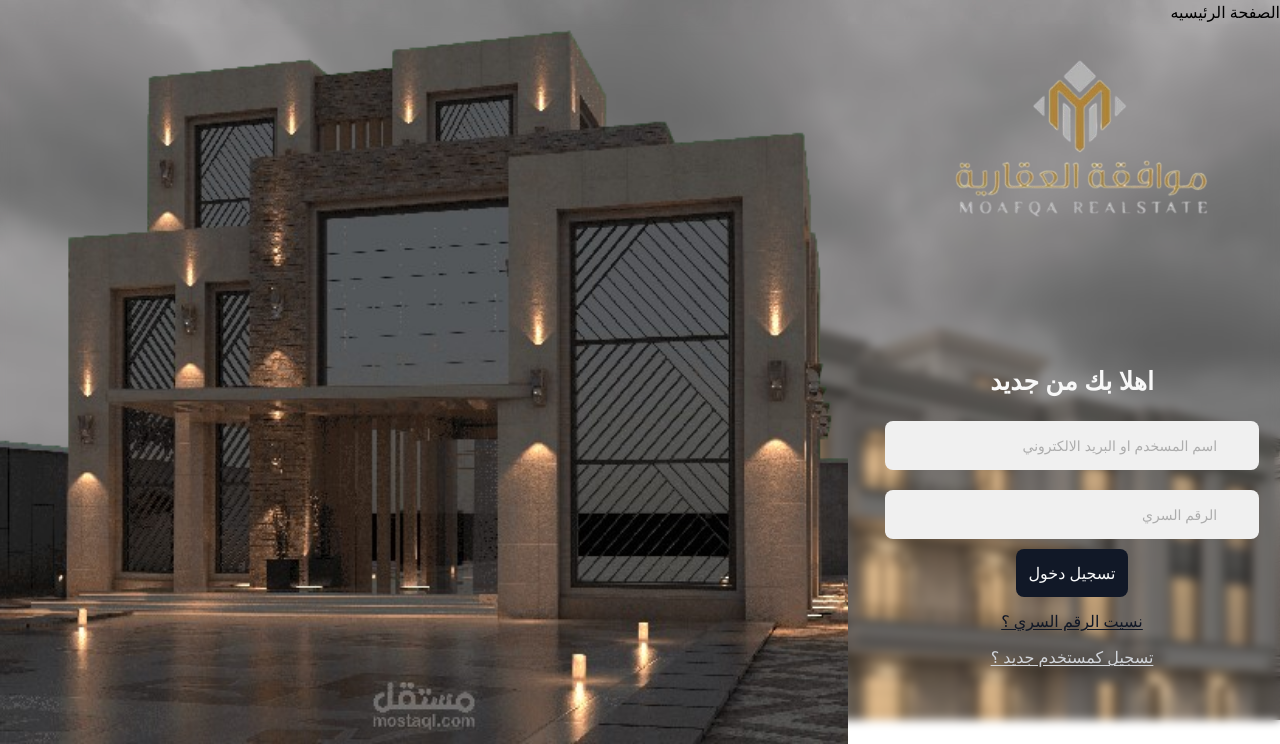
Repository: EslamKhial1997/immovables
Page: /auth
The author's editor kept a copy of each file at every save. The page is drawn from the files as they stood at one save, then again after a run of saves.
The browser window is 1280 px wide. The pictures show the whole page.
Some web libraries are served in a nearby version. The project was rebuilt for these pictures with package versions that can differ from the ones it lists, and the page was loaded fresh each time. Also part of the build but not shown: vite.config.js, src/Components/layout/Navbar.jsx, src/Components/contents/OurProjects.jsx, src/Components/contents/OurAchievements.jsx, src/Components/layout/Footer.jsx, src/Components/contents/home/Slider.jsx, src/Components/contents/home/Blogs.jsx, src/App.jsx and 6 more.

Above is the page before, as saved 2024-07-27 00:29:50.

### index.html
<!doctype html>
<html lang="ar" dir="rtl">
  <head>
    <meta charset="UTF-8" />
    <link rel="icon" type="image/svg+xml" href="./src/assets/logo.png" />
    <meta name="viewport" content="width=device-width, initial-scale=1.0" />
    <link rel="stylesheet" href="https://cdnjs.cloudflare.com/ajax/libs/font-awesome/5.14.0/css/all.css" integrity="sha512-B46MVOJpI6RBsdcU307elYeStF2JKT87SsHZfRSkjVi4/iZ3912zXi45X5/CBr/GbCyLx6M1GQtTKYRd52Jxgw==" crossorigin="anonymous" referrerpolicy="no-referrer" />
    <!-- <script src="https://cdn.tailwindcss.com"></script> -->

    <title>الموافقة العقارية</title>
  </head>
  <body>
    <div id="root"></div>
    <script type="module" src="/src/main.jsx"></script>
  </body>
</html>

### src/main.jsx
import React from "react";
import ReactDOM from "react-dom/client";
import App from "./App.jsx";
import "./index.css";
import { Provider } from "react-redux";

import { createBrowserRouter, RouterProvider } from "react-router-dom";
import { ConfigStore } from "./Components/store/config.jsx";
import Blogs from "./Components/contents/home/Blogs.jsx";
import OurProjects from "./Components/contents/OurProjects.jsx";
import About from "./Components/contents/About/About.jsx";
import ConnectUs from "./Components/contents/ConnectUs/ConnectUs.jsx";
import Auth from "./Components/auth/Auth.jsx";
import Login from "./Components/auth/login/Login.jsx";
import Signup from "./Components/auth/Singup/Signup.jsx";
import Blog from "./Components/contents/Blogs/Blog.jsx";
import 'flowbite';
import Dashboard from "./Components/dashboard/Dashboard.jsx";
const Route = createBrowserRouter([
  {
    path: "/",
    element: <App />,
    children: [
      {
        index: true,
        element: <Blogs />,
      },
      {
        path: "/projects",
        element: <OurProjects />,
      },
      {
        path: "/blogs",
        element: <Blog />,
      },
      {
        path: "/about",
        element: <About />,
      },
      {
        path: "/connectUs",
        element: <ConnectUs />,
      },

      // {
      //   path: "/auth/login",
      //   element: <Login />,
      // },
    ],
  },
  {
    path: "/auth",
    element: <Auth />,
    children: [
      {
        index: true,
        element: <Login />,
      },
      // {
      //   path: "/auth/signup",
      //   element: <Signup />,
      // },
    ],
  },
  {
    path: "/dashboard",
    element: <Dashboard />,
    // children: [
    //   {
    //     index: true,
    //     element: <Login />,
    //   },
    //   // {
    //   //   path: "/auth/signup",
    //   //   element: <Signup />,
    //   // },
    // ],
  },
]);

const root = ReactDOM.createRoot(document.getElementById("root"));
root.render(
  <Provider store={ConfigStore}>
    {/* <Provider store={ConfigStore}> */} <RouterProvider router={Route} />
  </Provider>
);

### src/index.css
@tailwind base;
@tailwind components;
@tailwind utilities;
* {
  font-family: GE-Dinar-Medium, ui-sans-serif, system-ui, -apple-system,
    BlinkMacSystemFont, Segoe UI, Roboto, Helvetica Neue, Arial, Noto Sans,
    sans-serif, "Apple Color Emoji", "Segoe UI Emoji", Segoe UI Symbol,
    "Noto Color Emoji" !important;
}
.whatsapp-ico{
    fill: white;
    width: 50px;
    height: 50px;
    padding: 3px;
    background-color: #45d13d;
    border-radius: 50%;
    box-shadow: 2px 2px 6px rgba(0,0,0,0.4);
    /* box-shadow: 2px 2px 11px rgba(0,0,0,0.7); */
    /* position: fixed;
    bottom: 20px;
    right : 20px;
    z-index: 10; */
}

.whatsapp-ico:hover{
    box-shadow: 2px 2px 11px rgba(0,0,0,0.7);
}

.float-button {
    text-decoration: none;
    position: fixed;
    padding: 10px;
    padding-right: 15px;
    bottom: 30px;
    right: 30px;
    color: #fff;
    background-color:#25D366;
    border-radius: 25px 30px 5px 25px;
    z-index: 100;
    font-family: Arial;
    font-size: 17px;
    animation: whatsapp-animation 0.5s ease-in-out;
    box-shadow: 1px 2px 5px 2px rgba(30,30,30,0.3);
    transition:all 0.3s ease-out;
}

.float-button:hover {
     background-color: #128C7E;
      color: #fff;
}

.fa-whatsapp {
    font-size: 20px !important;
    padding-right: 5px;
    padding-left: 5px;
}

@keyframes whatsapp-animation {
    from {
        opacity: 0%;
    }

    to {
        opacity: 100%
    }
}

@media screen and (max-width: 545px) {
    span {
        display: none;
    }

    .float-button {
        bottom: 15px;
        right: 15px;
        width: 20px;
        border-radius: 20px 20px 5px 20px;
    }

    .fa-whatsapp {
        font-size: 22px !important;
        padding: 4px;
    }
}

### src/Components/store/config.jsx
import { configureStore } from "@reduxjs/toolkit";
import { StoreSlice } from "./store";
import { StoreSliceAuth } from "./authController";
import { StoreSliceUserLogged } from "./loggedUserController";
import { StoreSliceUser } from "./userController";

export const ConfigStore = configureStore({
  reducer: {
    // StoreSlice,
    // StoreSliceAuth,
    // StoreSliceUser,
    // StoreSliceUserLogged
  },
  middleware: (getDefaultMiddleware) =>
    getDefaultMiddleware({
      serializableCheck: false,
    }),
});

### src/Components/auth/Auth.jsx
import React from "react";
import { Outlet } from "react-router-dom";
import background from "../../assets/available/image3.jpg";
const Auth = () => {
  return (
    <div
      style={{
        backgroundImage: `url(${background})`,
        height: "100vh",
        backgroundRepeat: "no-repeat",
      }}
    >
       <button>الصفحة الرئيسيه</button>
      <Outlet />
    </div>
  );
};

export default Auth;

### src/Components/auth/login/Login.jsx


import Profile from "../../../assets/auth/logo.png";
import auth from "../../../assets/auth/auth.png";
import Styles from "../Styles.module.css";


import LoginEmail from "./LoginEmail";

const Login = () => {
  return (
    <main className={`${Styles.main} grid md:grid-cols-3 grid-cols-1 gap-4`}>

      <div className="grid grid-cols-1 ">
        {" "}
        <section className={Styles.sectionimg}>
          <img src={Profile} alt="img" />
        </section>
        <section className={Styles.sectionlogin}>
          <div className={Styles.parent}>
            <span className={Styles.started}>اهلا بك من جديد</span>

            <LoginEmail />
          </div>
        </section>
      </div>
      <div className=" col-span-2 hidden md:grid">
        <img src={auth} alt="" className="h-screen w-screen" />
      </div>
    </main>
  );
};

export default Login;

### src/Components/contents/home/carousel.css
.carousel {
  position: relative;
  text-align: center;
  box-sizing: border-box;
}

.carousel * {
  box-sizing: border-box;
}

.carousel__track {
  display: flex;
  margin: 0;
  padding: 0;
  position: relative;
}

.carousel__viewport {
  overflow: hidden;
}

.carousel__sr-only {
  position: absolute;
  width: 1px;
  height: 1px;
  padding: 0;
  margin: -1px;
  overflow: hidden;
  clip: rect(0, 0, 0, 0);
  border: 0;
}

.carousel__icon {
  width: var(--vc-icn-width);
  height: var(--vc-icn-width);
  fill: currentColor;
}

.carousel__slide {
  scroll-snap-stop: auto;
  flex-shrink: 0;
  margin: 0;
  position: relative;
  display: flex;
  justify-content: center;
  align-items: center;
  transform: translateZ(0);
}

:root {
  --vc-clr-primary: #000;
  --vc-clr-secondary: #090f207f;
  --vc-clr-white: #ffffff;
  --vc-icn-width: 1.2em;
  --vc-nav-width: 30px;
  --vc-nav-height: 30px;
  --vc-nav-border-radius: 0;
  --vc-nav-color: var(--vc-clr-primary);
  --vc-nav-color-hover: var(--vc-clr-secondary);
  --vc-nav-background: transparent;
  --vc-pgn-width: 12px;
  --vc-pgn-height: 4px;
  --vc-pgn-margin: 4px;
  --vc-pgn-border-radius: 0;
  --vc-pgn-background-color: var(--vc-clr-secondary);
  --vc-pgn-active-color: var(--vc-clr-primary);
}

.carousel__prev,
.carousel__next {
  box-sizing: content-box;
  background: var(--vc-nav-background);
  border-radius: var(--vc-nav-border-radius);
  width: var(--vc-nav-width);
  height: var(--vc-nav-height);
  text-align: center;
  font-size: var(--vc-nav-height);
  padding: 0;
  color: var(--vc-nav-color);
  display: flex;
  justify-content: center;
  align-items: center;
  position: absolute;
  border: 0;
  cursor: pointer;
  margin: 0 10px;
  top: 50%;
  transform: translateY(-50%);
}

.carousel__prev:hover,
.carousel__next:hover {
  color: var(--vc-nav-color-hover);
}

.carousel__next--disabled,
.carousel__prev--disabled {
  cursor: not-allowed;
  opacity: 0.5;
}

.carousel__prev {
  left: 0;
}

.carousel__next {
  right: 0;
}

.carousel--rtl .carousel__prev {
  left: auto;
  right: 0;
}

.carousel--rtl .carousel__next {
  right: auto;
  left: 0;
}

.carousel__pagination {
  display: flex;
  justify-content: center;
  list-style: none;
  line-height: 0;
  margin: 10px 0 0;
}

.carousel__pagination-button {
  display: block;
  border: 0;
  margin: 0;
  cursor: pointer;
  padding: var(--vc-pgn-margin);
  background: transparent;
}

.carousel__pagination-button:after {
  display: block;
  content: "";
  width: var(--vc-pgn-width);
  height: var(--vc-pgn-height);
  border-radius: var(--vc-pgn-border-radius);
  background-color: var(--vc-pgn-background-color);
}

.carousel__pagination-button:hover:after,
.carousel__pagination-button--active:after {
  background-color: var(--vc-pgn-active-color);
}

### src/Components/auth/Styles.module.css
:root {
  --white: #ffffff;
  --login-color: #f8f8f8;
}
.main {


  height: 100%;

  background-color: transparent;
  backdrop-filter: blur(5px);
}
.started,
.forget-password,
.login,
.form::placeholder,
.login-btn button,
.Continue span {
  font-family: "Inter";
  font-style: normal;
}
.sectionlogin {
  width: 100%;
}
.parent {
  border-radius: 15px 15px 0px 0px;
}

.sectionimg img {
  width: 75%;
  height: 75%;
  margin: auto;
}
.btnparent {
  width: 326px;
  height: 40px;
  background: var(--login-color);
  border-radius: 25px;
  display: flex;
  align-items: center;
  justify-content: center;
  margin: 30px auto !important;
}
.login {
  width: 50%;
  height: 40px;
  text-align: center;
  display: flex;
  justify-content: center;
  align-items: center;
  border-radius: 23.5px;
  border: none;
  font-size: 14px;
  font-weight: 600;
  color: black;
}
.parentReg {
  width: 90%;
  height: 40px;
  background: var(--login-color);
  border-radius: 8px;
  display: flex;
  align-items: center;
  justify-content: space-around;
  margin: auto !important;
}
.parentReg a {
  background-color: #63ccfb;
  padding: 10px;
  text-decoration: none;
  border-radius: 10px;
  -webkit-border-radius: 10px;
  -moz-border-radius: 10px;
  -ms-border-radius: 10px;
  -o-border-radius: 10px;
  color: white;
}
.active {
  background: linear-gradient(95.26deg, #63ccfb -1.79%, #00a2f4 78.59%);
  color: white;
}
.started {
  width: 100%;
  height: 40px;
 color: #f8f8f8;
  font-size: 25px;
  line-height: 21px;
  margin: 10px auto !important;
  display: flex;
  align-items: center;
  text-align: center;
  justify-content: center;
  font-weight: bolder;
}
.form {
  width: 90%;
  height: 49px;
  margin: 10px auto !important;
  background: #f0f0f0;
  border-radius: 8px;
  border: none;
  padding-left: 10px;
}
.form::placeholder {
  padding: 30px;
  font-weight: 400;
  font-size: 14px;
  display: flex;
  align-items: center;

  color: #adadad;
}
.code {
  width: 70%;
  height: 49px;
  margin: 10px 0px !important;
  background: #f0f0f0;
  border-radius: 8px;
  border: none;
  padding-left: 10px;
}
.code::placeholder {
  padding: 30px;
  font-weight: 400;
  font-size: 14px;
  display: flex;
  align-items: center;

  color: #adadad;
}

.InputCode {
  display: flex;
  align-items: center;
  justify-content: center;
}
.submitcode {
  height: 49px;
  width: 20%;
  border-radius: 8px;
  background: linear-gradient(95.26deg, #63ccfb -1.79%, #00a2f4 78.59%);
  color: white;
  border: 0;
  font-size: 12.5px;
  -webkit-appearance: none;
}
.pusodo {
  text-align: center;
  position: relative;
}
.pusodo svg {
  position: absolute;
  right: 10%;
  top: 37.5%;
  cursor: pointer;
}

.loginbtn a {
  width: 308px;
  height: 47px;
  display: flex;
  align-items: center;
  justify-content: center;
  background: linear-gradient(96.38deg, #63ccfb -8.79%, #00a2f4 86.42%);
  border-radius: 23.5px;
  font-weight: 600;
  font-size: 14px;
  border: none;
  margin: auto;
  color: var(--white) !important;
  cursor: pointer;
}
.forgetpassword {
  display: block;
  margin: 10px auto !important;
  font-weight: 400;
  font-size: 13px;
  text-align: center;
  color: #0085ff;
  text-decoration: none;
}
.Continue,
footer {
  margin: auto !important;
  text-align: center;
}
.Continue span {
  display: block;
  padding: 15px;
  text-align: center;
  font-weight: 400;
  font-size: 13px;

  color: #494949;
}
.footerdiv {
  display: flex;
  justify-content: space-around;
  text-align: center;
  height: 100%;
}
.footerdiv div {
  border-radius: 5px;
  margin: 10px auto;
}
.footerdiv div img {
  width: 23px;
  height: 25px;
  cursor: pointer;
  text-align: center;
}
.Alert {
  width: 90%;
  margin: 0px auto 10px !important;
}

### src/Components/auth/login/LoginEmail.jsx
import React, { useState } from "react";
import Styles from "../Styles.module.css";
// import { IoEyeSharp } from "react-icons/io5";

import { useNavigate, NavLink } from "react-router-dom";

import facebook from "../../../assets/auth/facebook.svg";
import gmail from "../../../assets/auth/gmail.png";
import apple from "../../../assets/auth/apple.svg";

import Cookies from "cookies-js";
import { useDispatch, useSelector } from "react-redux";
import { login } from "../../store/authController";

const LoginEmail = () => {
  const [ShowPassword, setShowPassword] = useState(true);
  const dispatch = useDispatch();
  const navigate = useNavigate();
  // const {data} = useSelector((state)=>state.StoreSliceAuth);

  const [user, setUser] = useState({
    email: "",
    password: "",
  });
  const { email, password } = user;
  const handleChange = (e) => {
    const { name, value } = e.target;
    setUser({
      ...user,
      [name]: value,
    });
  };

  const Login = async (e) => {
    e.preventDefault();
    // await dispatch(login(user)).then(function (response) {
    //   const token =response.payload.data.token
    //   if (token) {

    //     Cookies.set('token', token);
    //     navigate("/")
    //   }
    //     // Cookies.set('userID', response.data._id);

    //   })
  };
  //   useEffect(() => {
  //     if (token === null || token === "undefined") {
  //      return
  //     }else{
  // navigate("/")
  //     }
  //   }, [token]);
  //   const TogglePassword = () => {
  //     setShowPassword(!ShowPassword);
  //   };
  return (
    <form onSubmit={Login} className={Styles.pusodo}>
      <input
        className={Styles.form}
        type="text"
        placeholder="اسم المسخدم او البريد الالكتروني"
        aria-label="default input example"
        name="email"
        value={email}
        onChange={handleChange}
      />
      <div className={Styles.pusodo}>
        <input
          className={Styles.form}
          type={ShowPassword ? "password" : "text"}
          placeholder="الرقم السري"
          aria-label="default input example"
          name="password"
          value={password}
          onChange={handleChange}
        />
        <a onClick={() => {}} />
      </div>

      <div className={` d-flex justify-content-center`}>
        <button
          type="submit"
          className="bg-gray-900 p-3 rounded-lg text-gray-50"
          onClick={()=>{navigate("/dashboard")}}
        >
          تسجيل دخول
        </button>
      </div>
      <NavLink to={"/auth"} className="text-gray-900 m-3 underline  underline-offset-2 block	"> نسيت الرقم السري ؟</NavLink>
      <NavLink to={"/auth/signup"} className="text-gray-300 m-3 underline  underline-offset-2	"> تسجيل كمستخدم جديد ؟</NavLink>
      {/* <footer>
        <div className="Continue text-center">
          <span>Or Continue with</span>
        </div>
        <div
          className={`${Styles.footerdiv} container  d-flex justify-content-between col-xxl-12`}
        >
          <div className="d-flex justify-content-center align-items-center">
            <img src={facebook} alt="" />
          </div>
          <div className="d-flex justify-content-center align-items-center">
            <img src={apple} alt="" />
          </div>

          <div className="d-flex justify-content-center align-items-center">
            <a
              href="http://localhost:3000/auth/google/callback"
              target="_blank"
            >
              {" "}
              <img src={gmail} alt="" />
            </a>
          </div>
        </div>
      </footer> */}
    </form>
  );
};

export default LoginEmail;

Loaded but not shown: src/App.css (common file); src/Components/store/authController.js (264 lines, source omitted); src/Components/store/loggedUserController.js (262 lines, source omitted); src/Components/store/userController.js (237 lines, source omitted); tailwind.config.js (14 lines, source omitted); src/Components/store/store.jsx (297 lines, source omitted)

After the next 2 saves:
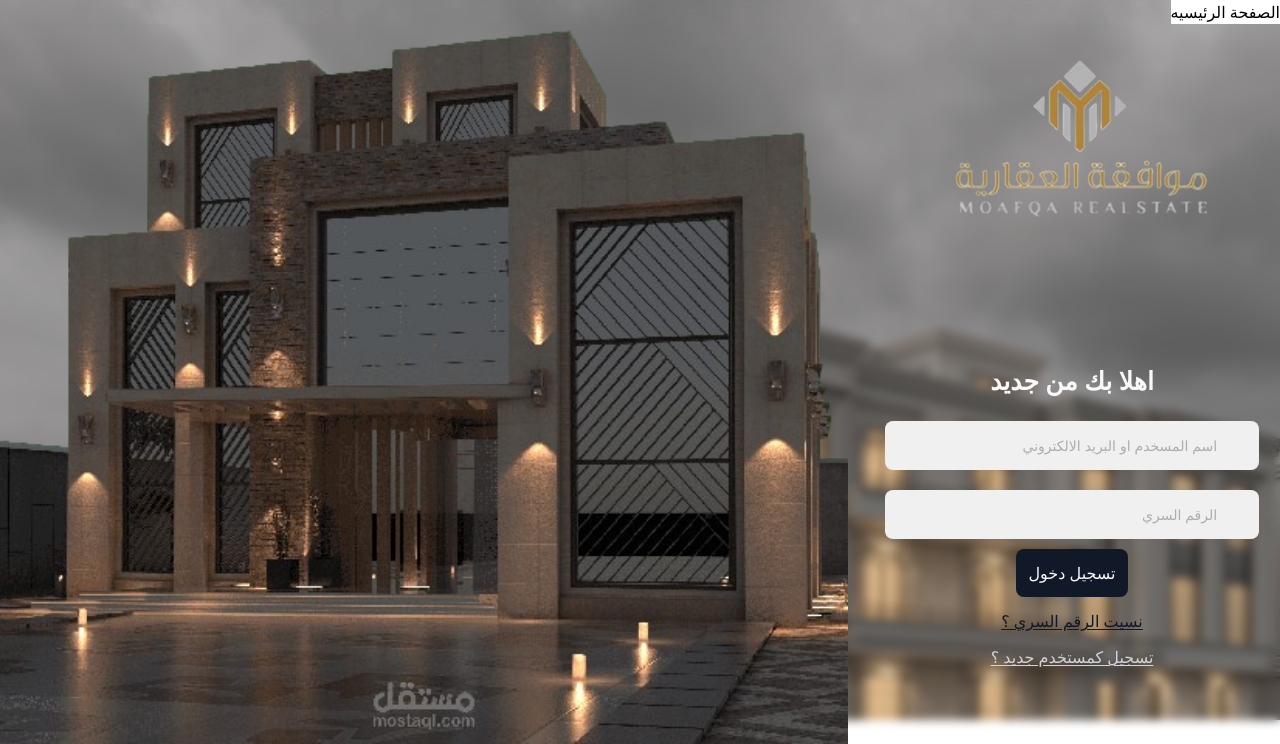
The 2 saves are shown as one change because they came seconds apart.
The last was saved 13 s later.
--- a/src/Components/auth/Auth.jsx
+++ b/src/Components/auth/Auth.jsx
@@ -10,7 +10,7 @@ const Auth = () => {
         backgroundRepeat: "no-repeat",
       }}
     >
-       <button>الصفحة الرئيسيه</button>
+       <button className="bg-white">الصفحة الرئيسيه</button>
       <Outlet />
     </div>
   );
